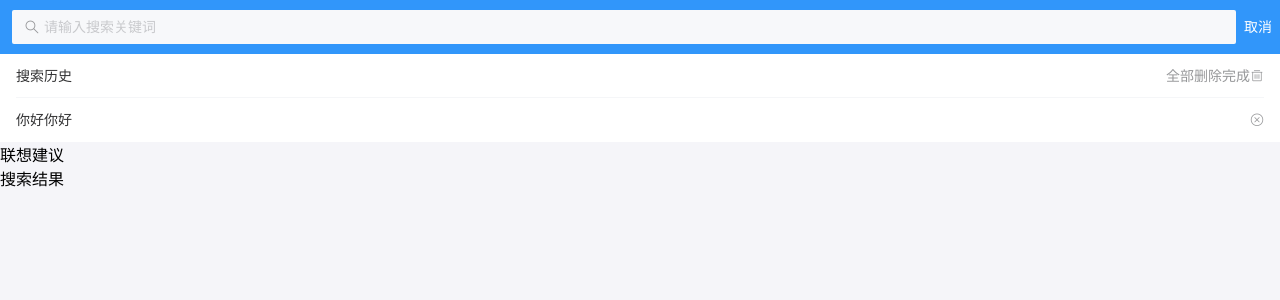
Repository: xn-lb/toutiao-mb
Page: /#/search
An editor plug-in stored every save of this project. The page is shown before and after the next save, followed by the edit.
The browser window is 1280 px wide. The pictures show the whole page.
The project was rebuilt for these pictures with package versions that can differ from the ones it lists, and the page was loaded fresh each time. Also part of the build but not shown: vue.config.js.

Above is the page before, as saved 2023-04-17 21:53:48.

### src/main.js
import Vue from 'vue'
import App from './App.vue'
import router from './router'
import store from './store'
// 加载全局样式
import './styles/index.less'
import Vant from 'vant' //加载Vant 组件库

import 'amfe-flexible' //加载动态设置  rem 基准值

Vue.use(Vant); //注册使用组件库

import './utils/dayjs' //加载时间格式化组件

import 'vant/lib/index.css' //加载全局样式

Vue.config.productionTip = false

new Vue({
    router,
    store,
    render: h => h(App)
}).$mount('#app')

### src/App.vue
<template>
  <div id="app">
  <!-- 路由的出口 -->
    <router-view></router-view>



  </div>
</template>
<script>
export default {
  name: 'APP'
}
</script>
<style lang="less">

</style>

### src/router/index.js
import Vue from 'vue'
import VueRouter from 'vue-router'


Vue.use(VueRouter)

// 路由表
const routes = [{
        path: '/login',
        name: 'LoginIndex',
        component: () =>
            import ('@/views/login')
    },
    {
        path: '/',
        component: () =>
            import ('@/views/layout/'),
        children: [{
                path: '/qa',
                name: 'qa',
                component: () =>
                    import ('@/views/qa/')
            },
            {
                path: '/video',
                name: 'video',
                component: () =>
                    import ('@/views/video/')
            },
            {
                path: '/my',
                name: 'my',
                component: () =>
                    import ('@/views/my/')
            },
            {
                path: '', //默认子路由  只能有一个
                name: 'home',
                component: () =>
                    import ('@/views/home/')
            }
        ]
    },
    {
        path: '/search',
        name: 'SearchIndex',
        component: () =>
            import ('@/views/search')
    },


]

const router = new VueRouter({
    routes
})

export default router

### src/store/index.js
import { getItem, setItem } from '@/utils/strorage'
import Vue from 'vue'
import Vuex from 'vuex'

Vue.use(Vuex)

const USER_KEY = 'toutiao-user'
export default new Vuex.Store({
    // namespaced: true, //关闭命名空间
    state: {
        user: getItem(USER_KEY) //使用封装模块的方式

        //使用原型模式  =>  user: JSON.parse(window.localStorage.getItem('user')) // 存储当前登录用户的登录状态（token 等数据）
    },
    getters: {},
    mutations: {
        setUser(state, data) {
            state.user = data
                // 为了防止页面刷新数据丢失，我们还需要把数据放到本地存储中，这里仅仅是为了持久化数据

            setItem(USER_KEY, state.user) //使用封装模块的方式
                //使用原型模式  =>  window.localStorage.setItem('user', JSON.stringify(state.user))
        }
    },
    actions: {},
    modules: {}
})

### src/styles/index.less
// 全局样式文件
// 加载图标样式
@import "./icon.less";

body{
    background-color: #f5f5f9;
}
.app-nav-bar{
    background-color: #3296fa !important;
    .van-nav-bar__title{
        color: #fff;
    }
    .van-icon{
        color:#fff !important;
    }
}

### src/utils/dayjs.js
// 初始化dayjs相关配置
import Vue from 'vue'
import dayjs from 'dayjs'
import 'dayjs/locale/zh-cn' //加载中文语言包
import relativeTime from 'dayjs/plugin/relativeTime'

// 配置使用相对时间
dayjs.extend(relativeTime)

// 配置中文语言包
dayjs.locale('zh-cn') // 全局使用


// 把处理相对时间的代码包装成全局过滤器
// 然后就可以在任何组件的模板中使用了
// 所谓的过滤器其实就是一个可以在模板中调用的函数而已
Vue.filter('relativeTime', value => {
    return dayjs(value).from(dayjs())
})

### src/views/search/index.vue
<template>
  <div class="search-container">
    <!-- 顶部搜索栏 -->
    <form action="/">
    <van-search
        v-model="searchText"
        show-action
        placeholder="请输入搜索关键词"
        background="#3196fa"
        @search="onSearch"
        @cancel="onCancel"
    />
    </form>
    <!-- 顶部搜索栏 -->

    <!-- 搜索历史记录 -->
        <searchHistory>

        </searchHistory>
    <!-- 搜索历史记录 -->

    <!-- 联想建议 -->
    <searchSuggestion>

    </searchSuggestion>
    <!-- 联想建议 -->

    <!-- 历史记录 -->
    <searchResult>

    </searchResult>
    <!-- 历史记录 -->
  </div>
</template>

<script>
import searchHistory from './components/search-history.vue';
import searchResult from './components/search-result.vue';
import searchSuggestion from './components/search-suggestion.vue';
export default {
    name:'SearchIndex',
    components:{
        searchHistory,
        searchResult,
        searchSuggestion
    },
    data(){
        return{
            searchText: '',
        }
    },
    methods:{
        onSearch(val) {
           console.log(val);
        },
        onCancel() {
            console.log('取消');
            this.$router.back()
        },
    }
}
</script>

<style lang="less" scoped>
    .van-search__action{
        color: #fff;
    }
</style>

### src/utils/strorage.js
// 本地存储封装模块

// 获取
export const getItem = (name) => {
    const data = window.localStorage.getItem(name)
    try {
        // 尝试把data转为JavaScript对象
        return JSON.parse(data)
    } catch (err) {
        // data不是JSON格式字符串，直接原样返回
        return data
    }
}

// 存储
export const setItem = (name, value) => {
    // 如果value 是对象，就把value 转为JSON格式字符串再储存
    if (typeof value === 'object') {
        value = JSON.stringify(value)
    }
    window.localStorage.setItem(name, value)
}



// 删除
export const removeItem = (name) => {
    window.localStorage.removeItem(name)
}

### src/styles/icon.less
@font-face {
    font-family: "toutiao"; /* Project id 3968849 */
    src: url('//at.alicdn.com/t/c/font_3968849_y288fdc89co.eot?t=1679462277967'); /* IE9 */
    src: url('//at.alicdn.com/t/c/font_3968849_y288fdc89co.eot?t=1679462277967#iefix') format('embedded-opentype'), /* IE6-IE8 */
         url('//at.alicdn.com/t/c/font_3968849_y288fdc89co.woff2?t=1679462277967') format('woff2'),
         url('//at.alicdn.com/t/c/font_3968849_y288fdc89co.woff?t=1679462277967') format('woff'),
         url('//at.alicdn.com/t/c/font_3968849_y288fdc89co.ttf?t=1679462277967') format('truetype'),
         url('//at.alicdn.com/t/c/font_3968849_y288fdc89co.svg?t=1679462277967#toutiao') format('svg');
  }

  .toutiao {
    font-family: "toutiao" !important;
    font-size: 16px;
    font-style: normal;
    -webkit-font-smoothing: antialiased;
    -moz-osx-font-smoothing: grayscale;
  }

  .toutiao-guanbi:before {
    content: "\e601";
  }

  .toutiao-gengduo:before {
    content: "\e602";
  }

  .toutiao-pinglun:before {
    content: "\e603";
  }

  .toutiao-shanchu:before {
    content: "\e604";
  }

  .toutiao-dianzan:before {
    content: "\e605";
  }

  .toutiao-lishi:before {
    content: "\e606";
  }

  .toutiao-shipin:before {
    content: "\e607";
  }

  .toutiao-shoucang:before {
    content: "\e608";
  }

  .toutiao-yanzhengma:before {
    content: "\e609";
  }

  .toutiao-wenda:before {
    content: "\e60a";
  }

  .toutiao-fenxiang:before {
    content: "\e60b";
  }

  .toutiao-youjiantou:before {
    content: "\e60c";
  }

  .toutiao-wuwangluo:before {
    content: "\e60d";
  }

  .toutiao-shouji:before {
    content: "\e60e";
  }

  .toutiao-zuojiantou:before {
    content: "\e60f";
  }

  .toutiao-shouye:before {
    content: "\e610";
  }

  .toutiao-wode:before {
    content: "\e611";
  }

  .toutiao-sousuo:before {
    content: "\e612";
  }

  .toutiao-zuopin:before {
    content: "\e613";
  }

  .toutiao-yuedu:before {
    content: "\e614";
  }

### src/views/search/components/search-history.vue
<template>
  <div class="search-history">
    <van-cell title="搜索历史">
      <span>全部删除</span>
      <span>完成</span>
      <van-icon name="delete-o" />
    </van-cell>
    <van-cell title="你好你好">
      <van-icon name="close"></van-icon>
    </van-cell>

  </div>
</template>

<script>
export default {
    name:'searchHistory',
    components:{},
    props:{},
    data(){
        return{

        }
    },

}
</script>

<style lang="less" scoped>

</style>

### src/views/search/components/search-result.vue
<template>
  <div class="search-result">搜索结果</div>
</template>

<script>
export default {
    name:'searchResult',
    components:{},
    props:{},
    data(){
        return{

        }
    },

}
</script>

<style lang="less" scoped>

</style>

### src/views/search/components/search-suggestion.vue
<template>
  <div class="search-suggestion">联想建议</div>
</template>

<script>
export default {
    name:'searchSuggestion',
    components:{},
    props:{},
    data(){
        return{

        }
    },

}
</script>

<style lang="less" scoped>

</style>

Loaded but not shown: public/index.html (common file)

After the next save:
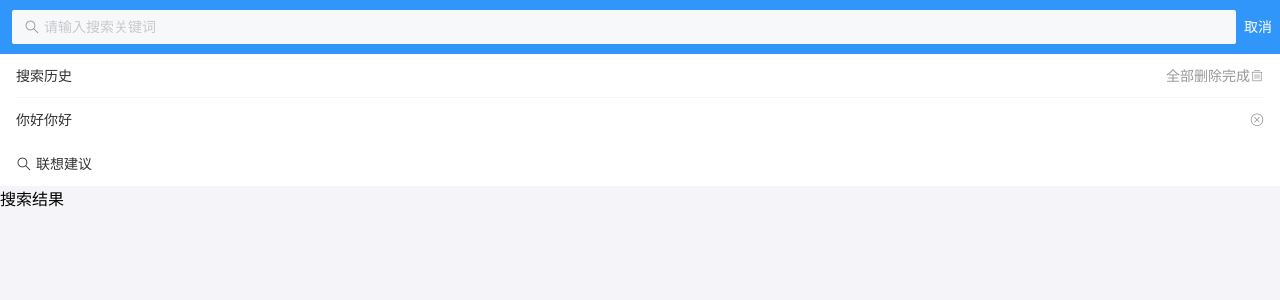
Saved 39 min 26 s later.
--- a/src/views/search/components/search-suggestion.vue
+++ b/src/views/search/components/search-suggestion.vue
@@ -1,5 +1,7 @@
 <template>
-  <div class="search-suggestion">联想建议</div>
+  <div class="search-suggestion">
+    <van-cell title="联想建议" icon="search"></van-cell>
+  </div>
 </template>
 
 <script>
